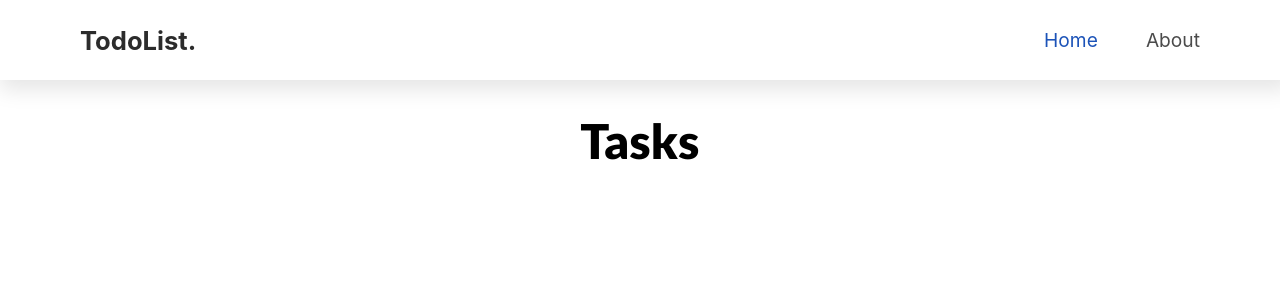
Repository: dqhuy153/react-todoList
Page: /
The author's editor kept a copy of each file at every save. The page is drawn from the files as they stood at one save, then again after the next save.
The browser window is 1280 px wide. The pictures show the whole page.
The project was rebuilt for these pictures with package versions that can differ from the ones it lists, and the page was loaded fresh each time. Also part of the build but not shown: src/components/UI/LoadingSpinner.module.scss.

Above is the page before, as saved 2021-09-16 19:32:10.

After the next save:
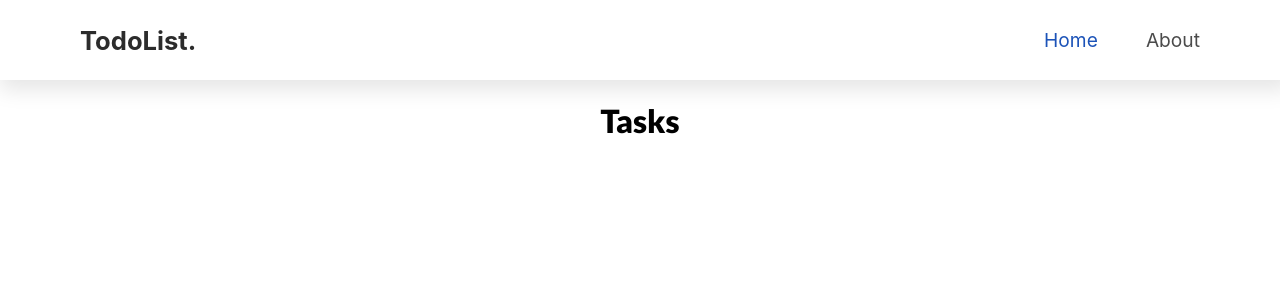
Saved 37 s later.
--- a/src/components/pages/Home.module.scss
+++ b/src/components/pages/Home.module.scss
@@ -3,6 +3,6 @@
     text-align: center;
     font-family: 'Lato', sans-serif;
     font-weight: 800;
-    font-size: 3rem;
+    font-size: 2rem;
   }
 }
